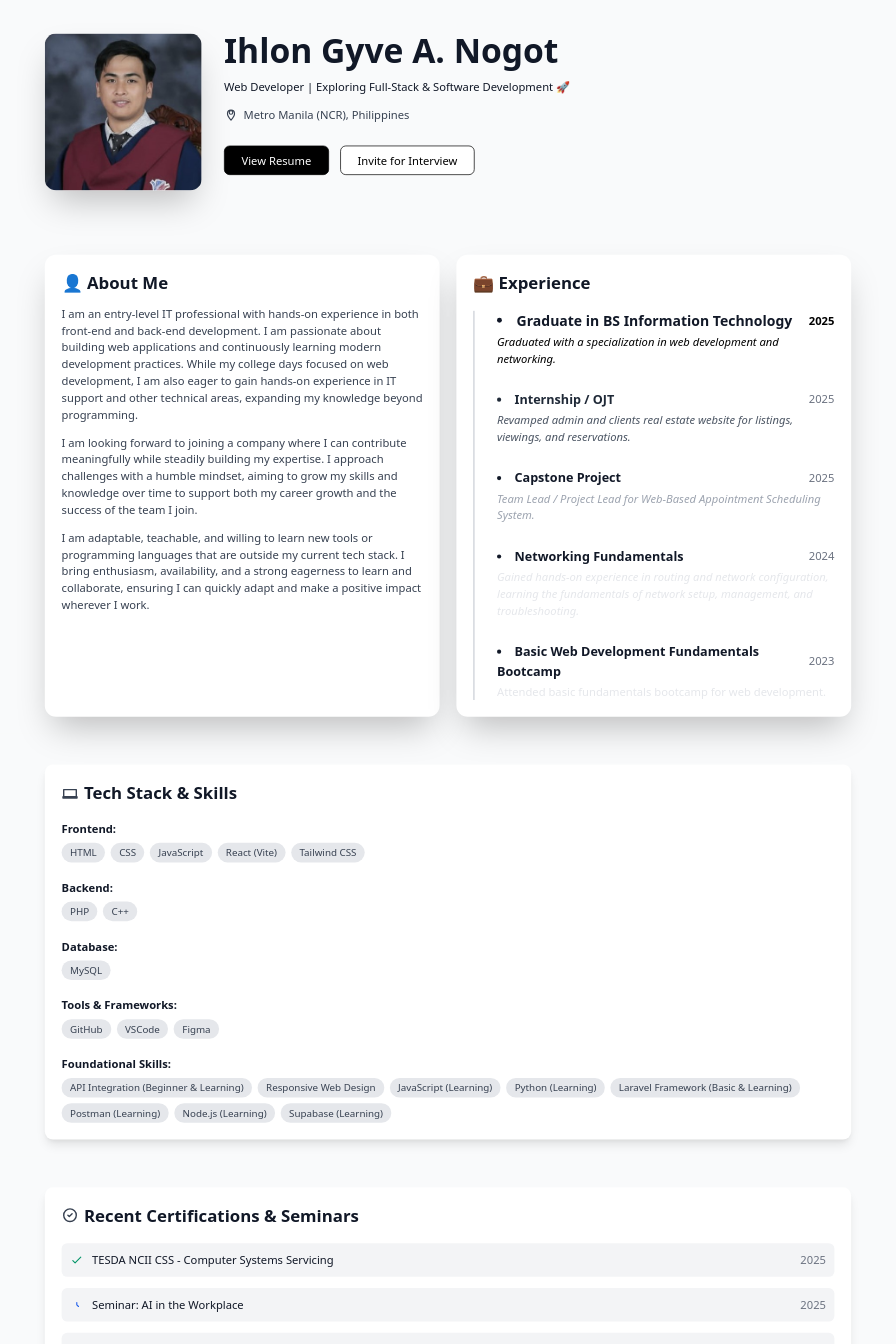
Repository: MeekSharkdev/cv-portfolio
Page: index.html
These files come from the project's save history. The page is drawn as it stood at one moment and after a run of saves; the edit follows.
The browser window is 1280 px wide. The pictures show the part of the page from y = 0 to 1920 px (the page is 2740 px tall), at 70% of full size.
A picture or video elsewhere on the page could not be fetched, so the positions and the page height are approximate.

Above is the page before, as saved 2026-01-31 20:50:54.
Not found: styles.css

After the next 2 saves:
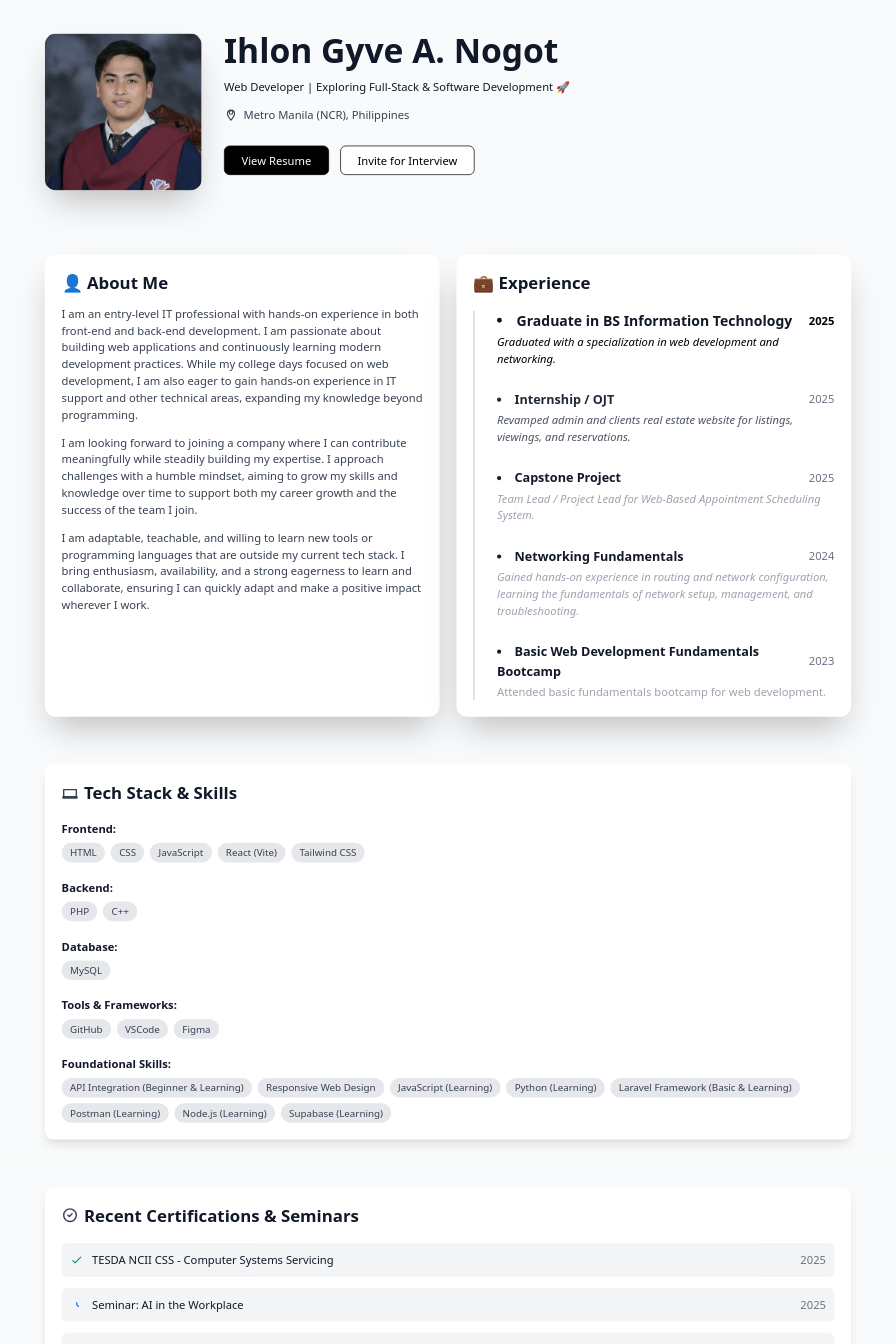
The 2 saves are shown as one change because they came seconds apart.
The last was saved 11 s later.
--- a/index.html
+++ b/index.html
@@ -142,7 +142,7 @@
                         </h3>
                         <span class="text-gray-500">2024</span>
                     </div>
-                    <p class="text-gray-200 mt-1"><i>Gained hands-on experience in routing and network configuration, learning the
+                    <p class="text-gray-400 mt-1"><i>Gained hands-on experience in routing and network configuration, learning the
                             fundamentals of network setup, management, and troubleshooting.</i></p>
                 </div>
 
@@ -152,7 +152,7 @@
                         <h3 class="text-lg font-bold"><li>Basic Web Development Fundamentals Bootcamp</li></h3>
                         <span class="text-gray-500">2023</span>
                     </div>
-                    <p class="text-gray-200 mt-1"><i></i>Attended basic fundamentals bootcamp for web development.</i></p>
+                    <p class="text-gray-400 mt-1"><i></i>Attended basic fundamentals bootcamp for web development.</i></p>
                 </div>
 
             </div>
